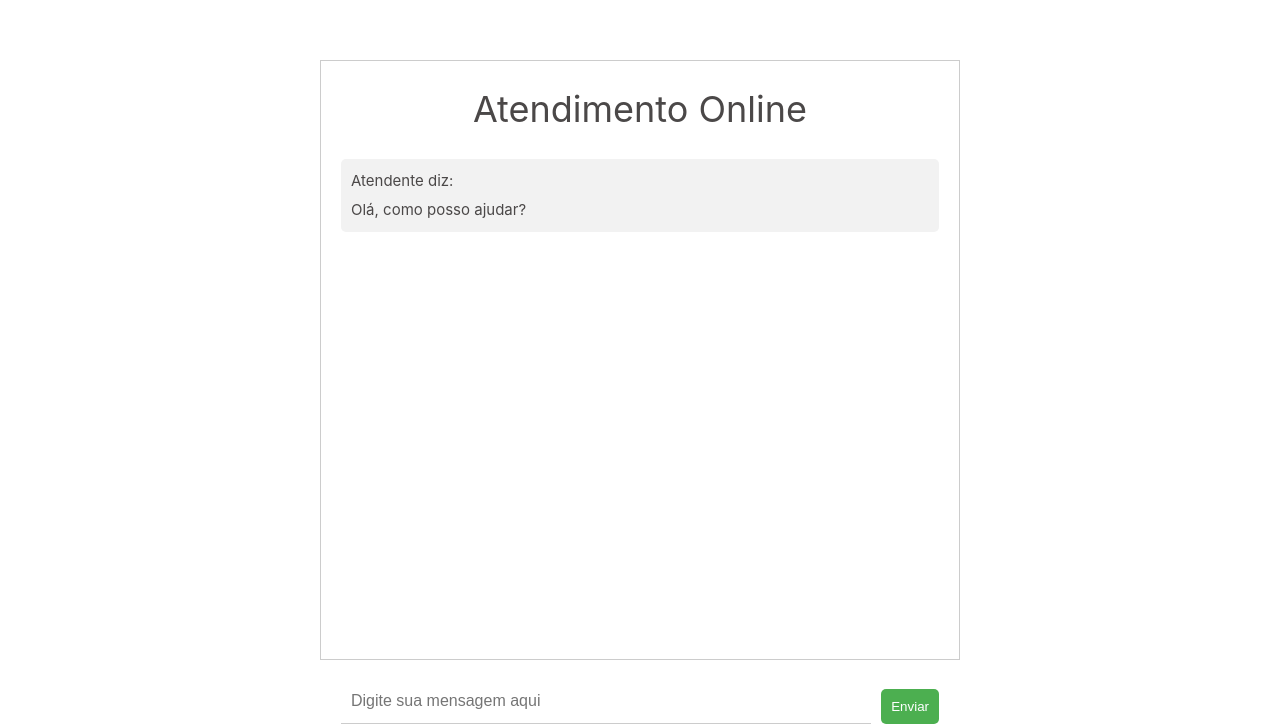
Repository: GabrielGuinzani/vueChat
Page: /
The author's editor kept a copy of each file at every save. The page is drawn from the files as they stood at one save, then again after the next save.
The browser window is 1280 px wide. The pictures show the whole page.
Some web libraries are served in a nearby version. The project was rebuilt for these pictures with package versions that can differ from the ones it lists, and the page was loaded fresh each time. Also part of the build but not shown: vite.config.js.

Above is the page before, as saved 2023-04-19 12:09:45.

### index.html

<!DOCTYPE html>
<html lang="pt-br">
<head>
  <meta charset="UTF-8">
  <title>Vue Chat App</title>
  <script src="https://unpkg.com/vue@3.2.6/dist/vue.global.js"></script>
</head>
<body>
  <div id="chat-screen">
  </div>
  <script type="module" src="/src/main.js"></script>
</body>
</html>

### src/main.js
import { createApp } from 'vue'
import App from './App.vue'

import './assets/main.css'

createApp(App).mount('#chat-screen')

### src/App.vue

<template>
  <div id="chat-body">
    <div class="titulo">
      <h2>Atendimento Online</h2>
    </div>
    <div class="messages-list" ref="messagesList">
      <div class="message-item message-fixed">
        <div class="msg-user"><strong>Atendente diz:</strong></div>
        <div class="msg-chat">Olá, como posso ajudar?</div>
      </div>
      <div v-for="(message, index) in messages" :key="index" :class="[message.type === 'user' ? 'message-item2' : 'message-item']">
        <div class="msg-user" v-if="message.type === 'user'"><strong>{{ message.author }} diz:</strong></div>
        <div class="msg-chat">{{ message.text }}</div>
      </div>
    </div>
    <form id="form-chat-send" @submit.prevent="sendMessage">
      <input id="message" type="text" class="typebar" v-model="messageText" placeholder="Digite sua mensagem aqui">
      <button type="submit" class="botao">Enviar</button>
    </form>
  </div>
</template>


<script>
export default {
  data() {
    return {
      messages: [],
      messageText: ''
    }
  },
  methods: {
    sendMessage() {
      const messageText = this.messageText.trim();
      if (messageText !== '') {
        this.messages.push({
          type: 'user',
          author: 'Você',
          text: messageText
        });
        this.messageText = '';
        this.$nextTick(() => {
          this.scrollToBottom();
        });
      }
    },
    scrollToBottom() {
      this.$refs.messagesList.scrollTop = this.$refs.messagesList.scrollHeight;
    }
  }
}
</script>

<style>
body {
  display: flex;
  justify-content: center;
  align-items: center;
  height: auto;
  width: 50%;
  margin: auto;
}

#chat-screen {
  width: 100%;
  height: 600px;
  margin: 0 auto;
  border: 1px solid #ccc;
  background-color: #fff;
  padding: 20px;
  display: flex;
  flex-direction: column;
}

.titulo {
  text-align: center;
  font-size: 24px;
  margin-bottom: 20px;
  color: rgb(75, 72, 72);
}

.messages-list {
  flex: 1;
  overflow-y: auto;
  width: inherit;
  height: 500px;
}

.message-item {
  background-color: #f2f2f2;
  border-radius: 5px;
  padding: 10px;
  margin-bottom: 10px;
  color: rgb(75, 72, 72);
  text-align: left;
}

.message-item2 {
  background-color: #e0f7e0;
  border-radius: 5px;
  padding: 10px;
  margin-bottom: 10px;
  color: rgb(75, 72, 72);
  text-align: end;
}

.msg-user {
  margin-bottom: 5px;
  color: rgb(75, 72, 72);

}

.msg-chat {
  color: rgb(75, 72, 72);
}

.typebar {
  width: 100%;
  padding: 10px;
  border: none;
  border-bottom: 1px solid #ccc;
  margin-right: 10px;
  font-size: 16px;
  color: rgb(75, 72, 72);
}

.botao {
  background-color: #4CAF50;
  color: #fff;
  border: none;
  border-radius: 5px;
  padding: 10px;
  margin-top: 10px;
  cursor: pointer;
}


  .botao:hover {
    background-color: #0b4e27;
    cursor: pointer;
  }

  #form-chat-send {
    display: flex;
    justify-content: center;
    margin-top: 20px;
  }
</style>

Loaded but not shown: src/assets/main.css (common file); src/assets/base.css (common file)

After the next save:
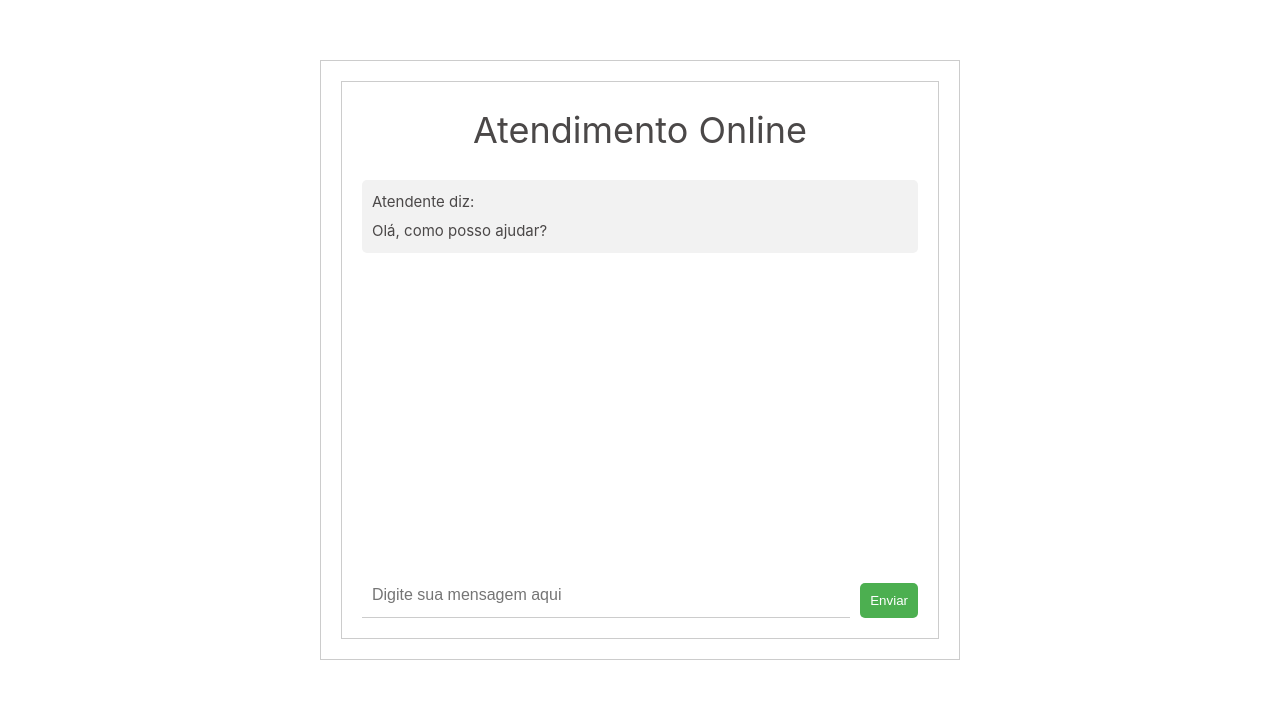
Saved 10 s later.
--- a/src/App.vue
+++ b/src/App.vue
@@ -1,6 +1,6 @@
 
 <template>
-  <div id="chat-body">
+  <div id="chat-screen">
     <div class="titulo">
       <h2>Atendimento Online</h2>
     </div>
